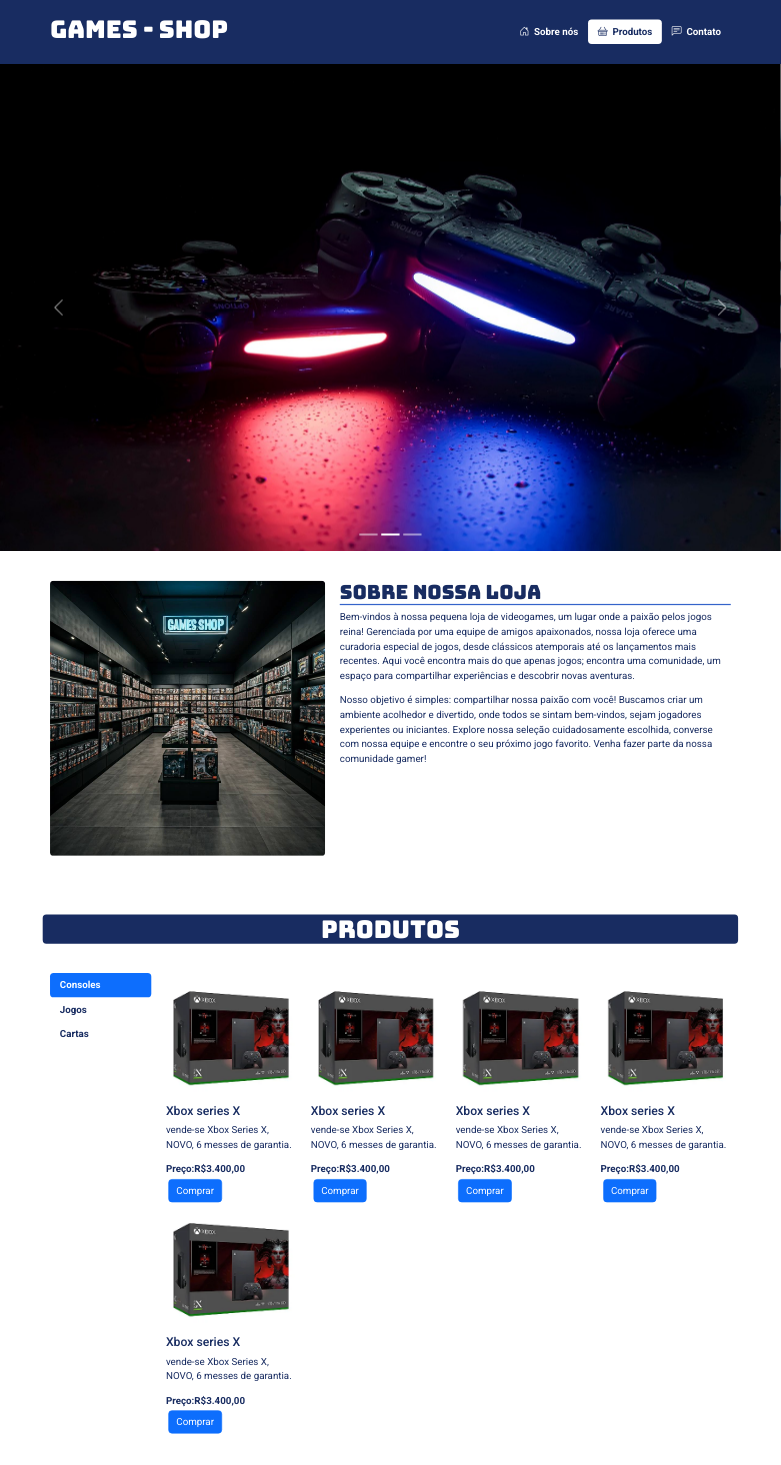
Repository: MatiasBrighent/GamesShop-Bootstrap
Page: index.html
The author's editor kept a copy of each file at every save. The page is drawn from the files as they stood at one save, then again after the next save.
The browser window is 1280 px wide. The pictures show the whole page, at 61% of full size.

Above is the page before, as saved 2025-06-20 15:20:16.

### index.html
<!DOCTYPE html>
<html lang="en">
<head>
    <meta charset="UTF-8">
    <meta name="viewport" content="width=device-width, initial-scale=1.0">
    <title>Games - Shop</title>
    <link rel="stylesheet" href="https://cdn.jsdelivr.net/npm/bootstrap@5.3.7/dist/css/bootstrap.min.css">
    <link rel="stylesheet" href="https://cdn.jsdelivr.net/npm/bootstrap-icons@1.13.1/font/bootstrap-icons.min.css">
    <link rel="preconnect" href="https://fonts.googleapis.com">
    <link rel="preconnect" href="https://fonts.gstatic.com" crossorigin>
    <link href="https://fonts.googleapis.com/css2?family=Bungee&family=Roboto:ital,wght@0,100..900;1,100..900&display=swap" rel="stylesheet">
    <link rel="stylesheet" href="style.css">
</head>
<body>
    <header class="navbar navbar-expand-lg  sticky-top p-4" id="header">
        <div class="container">
            <h1>Games - Shop</h1>
            <button type="button" class="navbar-toggler" data-bs-toggle="collapse" data-bs-target="#menu-nav">
                <span class="navbar-toggler-icon text-colored"></span>
            </button>
            <nav id="menu-nav" class="navbar-collapse collapse justify-content-end">
                <ul class="nav nav-pills d-block d-md-flex ">
                    <li class="nav-item fw-bold ">
                        <a class="nav-link " href="#sobre">
                            <i class="bi bi-house-door me-1"></i>
                            Sobre nós
                        </a>
                    </li>
                    <li  class="nav-item fw-bold">
                        <a class="nav-link" href="#produtos">
                            <i class="bi bi-basket me-1"></i>
                            Produtos
                        </a>
                    </li>
                    <li  class="nav-item fw-bold">
                        <a class="nav-link" href="#">
                            <i class="bi bi-chat-left-text me-1"></i>
                            Contato
                        </a>
                    </li>
            </nav>
        </div>
    </header>
    <div data-bs-spy="scroll" data-bs-target="header" data-bs-smooth-scrool="true">
        <section id="sobre">
            <div class="carousel slide" data-bs-ride="carousel" id="carousel">
                <div class="carousel-inner">
                    <div class="carousel-item active" data-bs-interval="3000">
                        <img class="w-100 " src="./images/slide/gameplay.jpg" alt="Gameplay de GTA V">
                    </div>
                    <div class="carousel-item active" data-bs-interval="3000">
                        <img class="w-100 " src="./images/slide/teclado+controle.jpg" alt="Teclado e um controle">
                    </div>
                    <div class="carousel-item active" data-bs-interval="3000">
                        <img class="w-100 " src="./images/slide/controles.jpg" alt="Dois controles de PS4">
                    </div>
                </div>
                <button type="button" class="carousel-control-prev" data-bs-target="#carousel" data-bs-slide="prev">
                    <span class="carousel-control-prev-icon"></span>
                </button>
                <button type="button" class="carousel-control-next" data-bs-target="#carousel" data-bs-slide="next">
                    <span class="carousel-control-next-icon"></span>
                </button>
                <div class="carousel-indicators">
                    <button type="button" data-bs-target="#carousel" data-bs-slide-to="0" class="active"></button>
                    <button type="button" data-bs-target="#carousel" data-bs-slide-to="1"></button>
                    <button type="button" data-bs-target="#carousel" data-bs-slide-to="2"></button>
                </div>
            </div>
            <div class="pt-5 pb-5">
                <div class="container">
                    <div class="row">
                        <div class="col-md-5">
                            <img src="images/Games-Shop.jpg" class="d-block w-100 rounded" alt="foto da nossa loja">
                        </div>
                        <div class="col-md-7 ">
                            <h2 class=" title  mt-md-0 text-colored">Sobre nossa loja</h2>
                            <p class="text-colored">
                                Bem-vindos à nossa pequena loja de videogames, um lugar onde a paixão pelos jogos reina! Gerenciada por uma equipe de amigos apaixonados, nossa loja oferece uma curadoria especial de jogos, desde clássicos atemporais até os lançamentos mais recentes. Aqui você encontra mais do que apenas jogos; encontra uma comunidade, um espaço para compartilhar experiências e descobrir novas aventuras.
                            </p>
                            <p class="text-colored">
                                Nosso objetivo é simples: compartilhar nossa paixão com você! Buscamos criar um ambiente acolhedor e divertido, onde todos se sintam bem-vindos, sejam jogadores experientes ou iniciantes. Explore nossa seleção cuidadosamente escolhida, converse com nossa equipe e encontre o seu próximo jogo favorito. Venha fazer parte da nossa comunidade gamer!
                            </p>
                        </div>
                    </div>
                </div>
            </div>
        </section>
        <section id="produtos" class="pt-5 pb-5">
            <div class="container">
                <div class="row">
                    <h1 class="section-title text-center mb-5 rounded">Produtos</h1>
                </div>
                <div class="row">
                    <aside class="col-md-2">
                        <nav class="nav nav-pills flex-column nav-cadarpio">
                            <button type="button" data-bs-toggle="tab" data-bs-target="#" class="fw-bold text-start nav-link text-colored active">Consoles</button>
                            <button type="button" data-bs-toggle="tab" data-bs-target="#" class="fw-bold text-start nav-link text-colored">Jogos</button>
                            <button type="button" data-bs-toggle="tab" data-bs-target="#" class="fw-bold text-start nav-link text-colored">Cartas</button>
                        </nav>
                    </aside>
                    <div class="col-md-10">
                        <div class="tab-content">
                            <div class="tab-pane active" id="consoles">
                                <div class="row">
                                    <div class="col-md-3 text-colored">
                                        <img src="./images/produtos/consoles/Series X.webp" alt="Xbox Series X" class="img-fluid rounded">
                                        <h5>Xbox series X</h5>
                                        <p>
                                            vende-se Xbox Series X, NOVO, 6 messes de garantia.
                                        </p>
                                        <strong>Preço:R$3.400,00</strong>
                                        <div class="">
                                            <button type="button" class="btn btn-primary m-1">Comprar</button>
                                        </div>
                                    </div>
                                    <div class="col-md-3 text-colored">
                                        <img src="./images/produtos/consoles/Series X.webp" alt="Xbox Series X" class="img-fluid rounded">
                                        <h5>Xbox series X</h5>
                                        <p>
                                            vende-se Xbox Series X, NOVO, 6 messes de garantia.
                                        </p>
                                        <strong>Preço:R$3.400,00</strong>
                                        <div class="">
                                            <button type="button" class="btn btn-primary m-1">Comprar</button>
                                        </div>
                                    </div>
                                    <div class="col-md-3 text-colored">
                                        <img src="./images/produtos/consoles/Series X.webp" alt="Xbox Series X" class="img-fluid rounded">
                                        <h5>Xbox series X</h5>
                                        <p>
                                            vende-se Xbox Series X, NOVO, 6 messes de garantia.
                                        </p>
                                        <strong>Preço:R$3.400,00</strong>
                                        <div class="">
                                            <button type="button" class="btn btn-primary m-1">Comprar</button>
                                        </div>
                                    </div>
                                    <div class="col-md-3 text-colored">
                                        <img src="./images/produtos/consoles/Series X.webp" alt="Xbox Series X" class="img-fluid rounded">
                                        <h5>Xbox series X</h5>
                                        <p>
                                            vende-se Xbox Series X, NOVO, 6 messes de garantia.
                                        </p>
                                        <strong>Preço:R$3.400,00</strong>
                                        <div class="">
                                            <button type="button" class="btn btn-primary m-1">Comprar</button>
                                        </div>
                                    </div>
                                    <div class="col-md-3 text-colored">
                                        <img src="./images/produtos/consoles/Series X.webp" alt="Xbox Series X" class="img-fluid rounded">
                                        <h5>Xbox series X</h5>
                                        <p>
                                            vende-se Xbox Series X, NOVO, 6 messes de garantia.
                                        </p>
                                        <strong>Preço:R$3.400,00</strong>
                                        <div class="">
                                            <button type="button" class="btn btn-primary m-1">Comprar</button>
                                        </div>
                                    </div>
                                </div>
                            </div>
                        </div>
                    </div>
                </div>

            </div>
        </section>

    </div>

    <script src="https://cdn.jsdelivr.net/npm/bootstrap@5.3.7/dist/js/bootstrap.bundle.min.js"></script>
</body>
</html>

### style.css
body{
    font-family: Roboto, sans-serif;
}

header h1{
    font-family: Bungee;
    color: #fff;
}

.section-title{
    font-family: Bungee;
    color: #fff;
    background-color: #182c61;
}

.title{
    font-family: Bungee;
    color: #182c61;
    border-bottom: 2px solid #3564ca;
}

.text-colored{
    color: #182c61;
}


#header{
    background-color: #182c61;
}

#header .nav .nav-link.active{
    background-color: #fff;
    color: #182c61;
}

#header .nav .nav-link,
#header h1{
    color: #fff;
}

.navbar-toggler{
    background-color: #fff;
}

.carousel-item img{
    height: 800px;
}

After the next save:
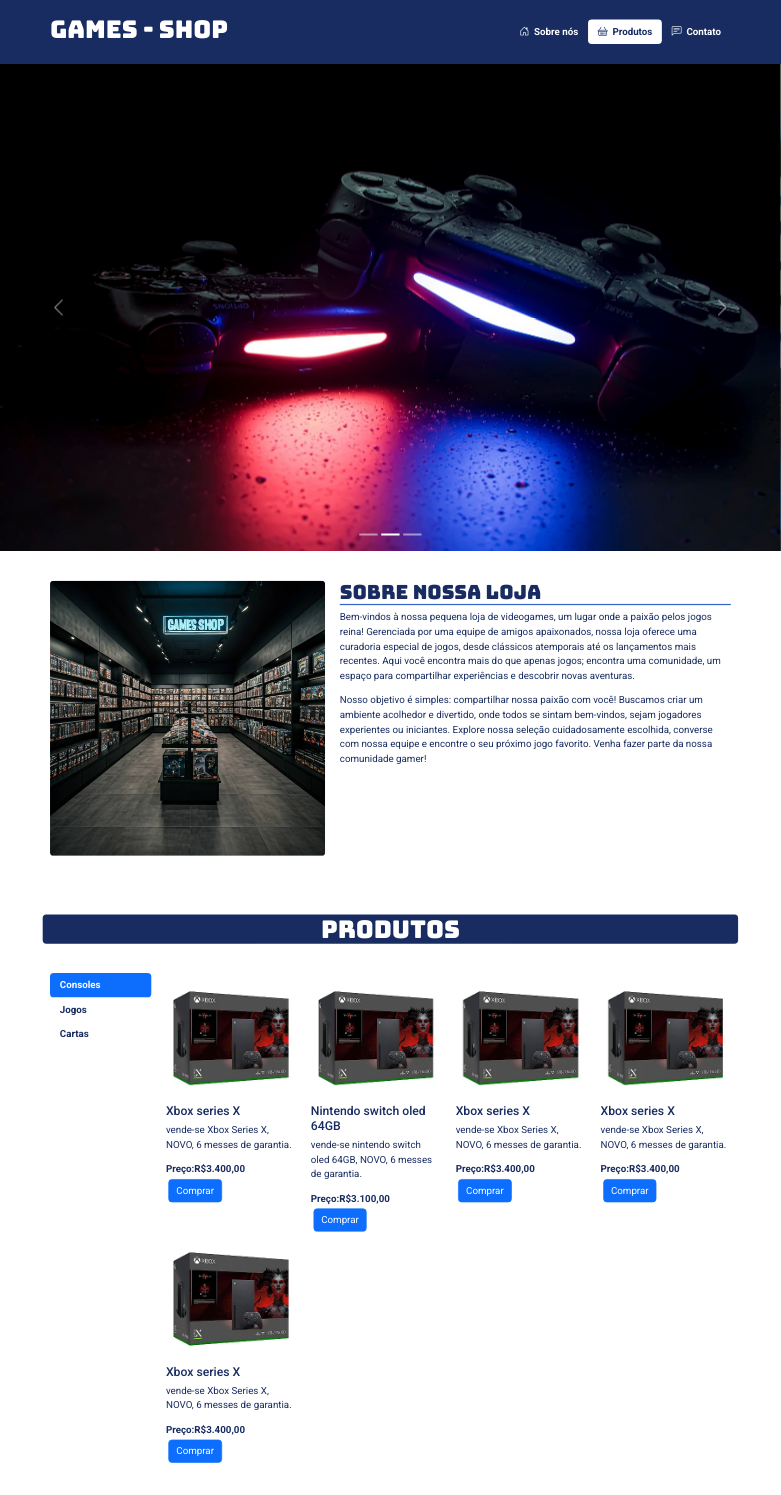
Saved 90 s later.
--- a/index.html
+++ b/index.html
@@ -115,12 +115,12 @@
                                         </div>
                                     </div>
                                     <div class="col-md-3 text-colored">
-                                        <img src="./images/produtos/consoles/Series X.webp" alt="Xbox Series X" class="img-fluid rounded">
-                                        <h5>Xbox series X</h5>
+                                        <img src="./images/produtos/consoles/Series X.webp" alt="Nintendo switch oled 64GB" class="img-fluid rounded">
+                                        <h5>Nintendo switch oled 64GB</h5>
                                         <p>
-                                            vende-se Xbox Series X, NOVO, 6 messes de garantia.
+                                            vende-se nintendo switch  oled 64GB, NOVO, 6 messes de garantia.
                                         </p>
-                                        <strong>Preço:R$3.400,00</strong>
+                                        <strong>Preço:R$3.100,00</strong>
                                         <div class="">
                                             <button type="button" class="btn btn-primary m-1">Comprar</button>
                                         </div>
